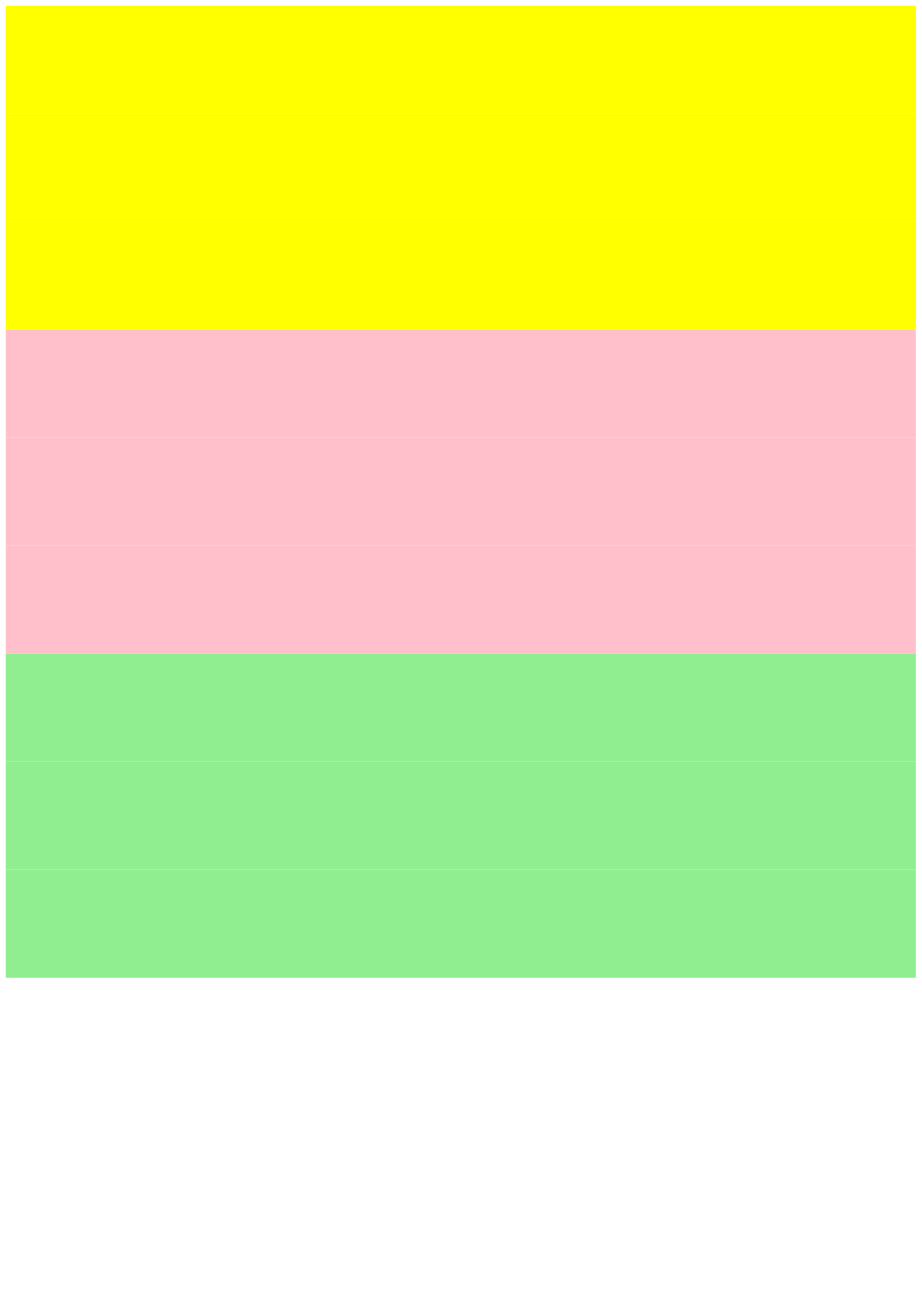
Repository: Yevhen94/nixhw
Page: fourth-lesson/index.html
The author's editor kept a copy of each file at every save. The page is drawn from the files as they stood at one save, then again after the next save.
The browser window is 1280 px wide. The pictures show the whole page, at 72% of full size.

Above is the page before, as saved 2022-02-08 13:49:33.

After the next save:
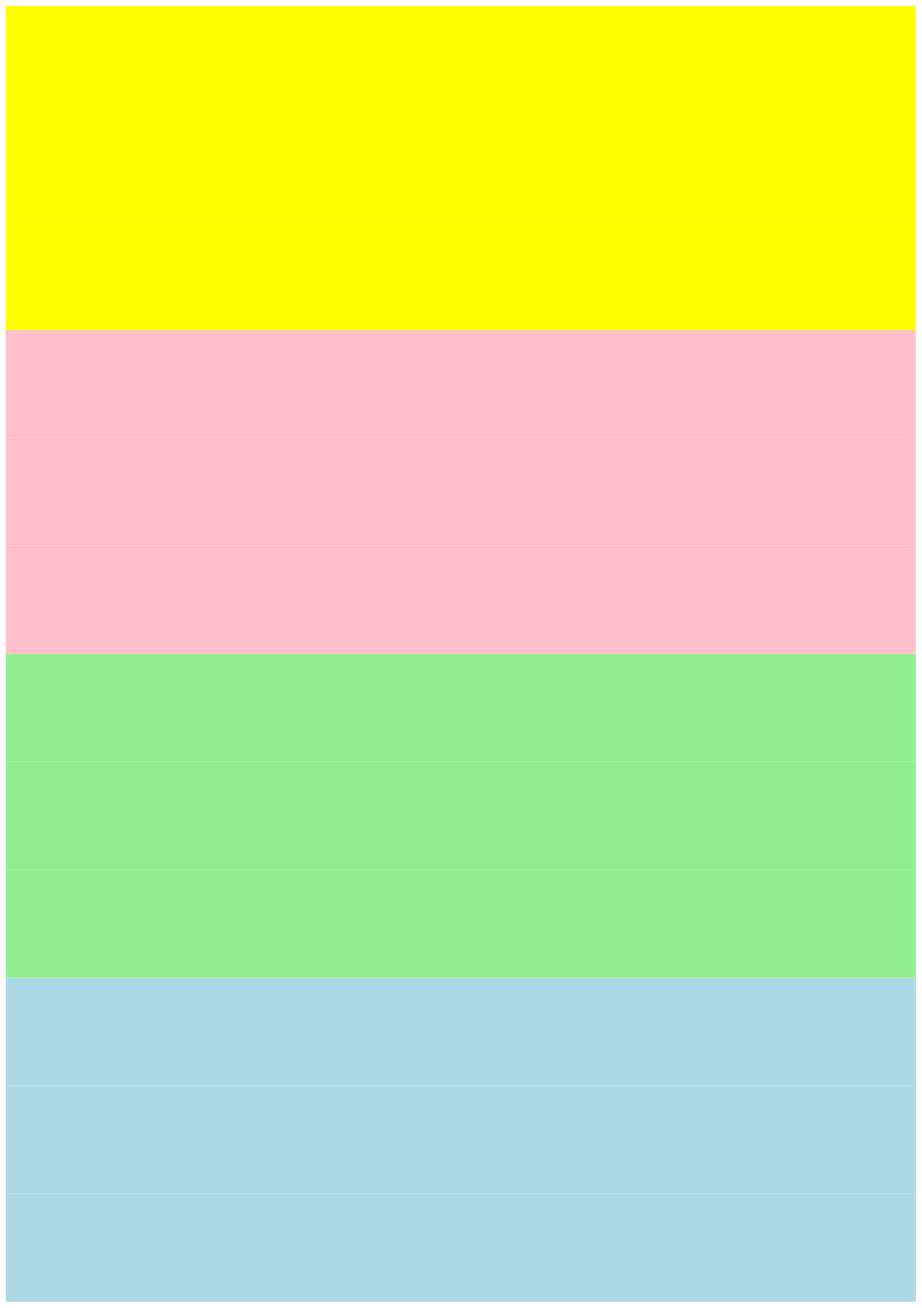
Saved 23 s later.
--- a/fourth-lesson/styles/index.css
+++ b/fourth-lesson/styles/index.css
@@ -14,3 +14,7 @@
 .block--green {
   background-color: lightgreen;
 }
+
+.block--blue {
+  background-color: lightblue;
+}
